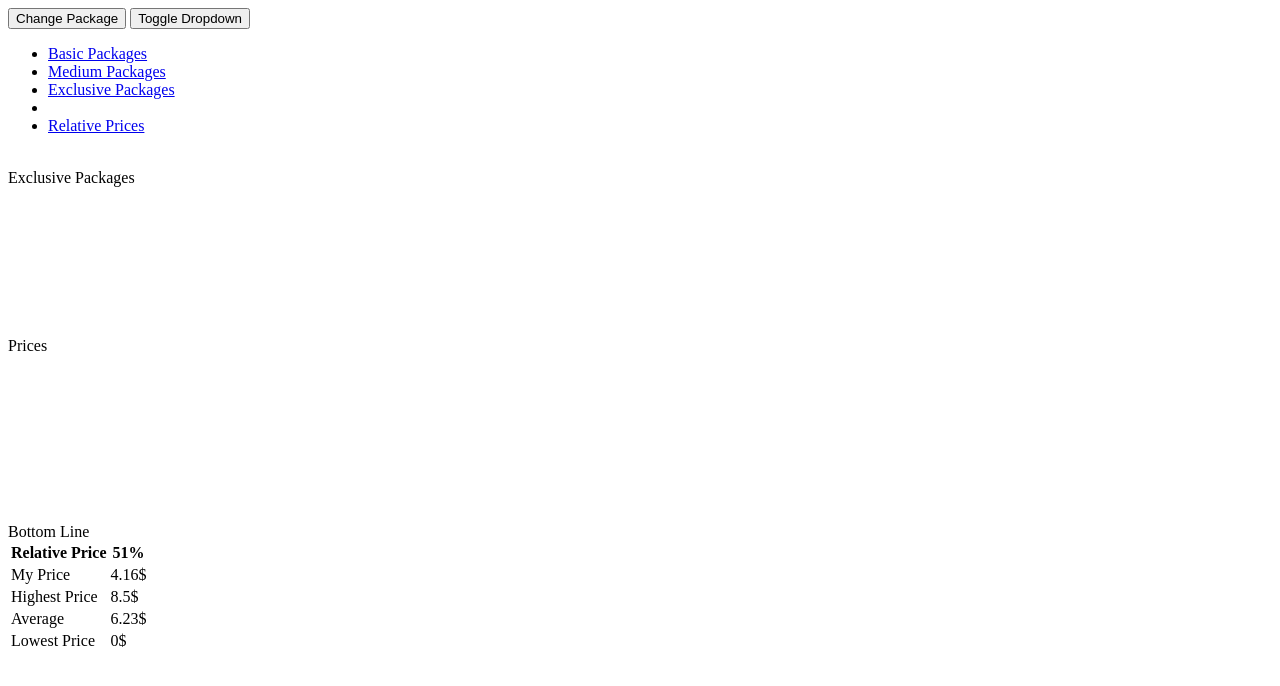
Repository: netaosman/Price-try-course
Page: prixceFrontEnd/src/main/webapp/Prixce_FrontEnd/HTML/Market/pricesPack/BasicPackages.html
An editor plug-in stored every save of this project. The page is shown before and after the next save, followed by the edit.
The browser window is 1280 px wide. The pictures show the whole page.

Above is the page before, as saved 2017-09-24 13:48:01.

After the next save:
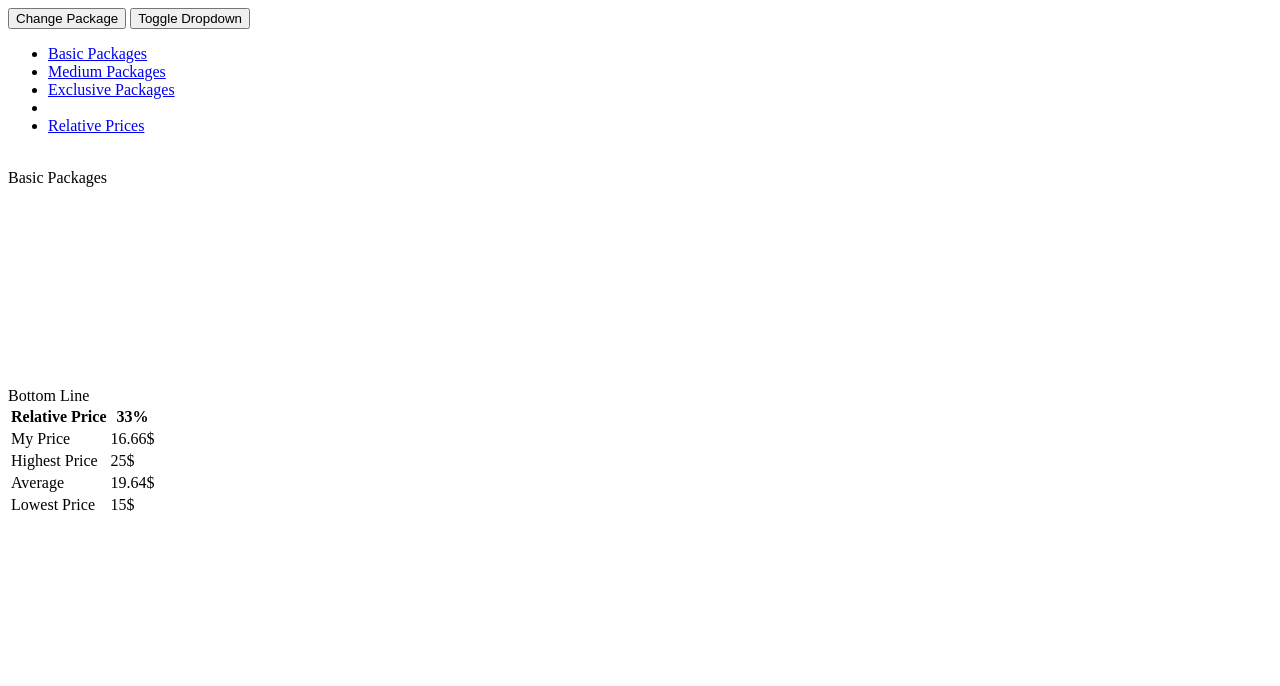
Saved 3 min 32 s later.
--- a/prixceFrontEnd/src/main/webapp/Prixce_FrontEnd/HTML/Market/pricesPack/BasicPackages.html
+++ b/prixceFrontEnd/src/main/webapp/Prixce_FrontEnd/HTML/Market/pricesPack/BasicPackages.html
@@ -21,25 +21,13 @@
 	</div>
 	<br>
 	<div class="row placeholders">
-		<div class="col-xs-12 col-md-8" ng-controller="PricesBasicCtrl">
+		<div class="col-xs-12 col-md-8" ng-controller="PricesHighCtrl">
 			<div class="panel panel-default-1">
-				<div class="panel-heading">Exclusive Packages</div>
+				<div class="panel-heading">Basic Packages</div>
 				<div class="panel-body">
 					<!-- <div class="panel-title">Prices</div> -->
 					<canvas id="base" class="chart-horizontal-bar" chart-data="data"
-						chart-labels="labels" chart-colors="colors">
-                                </canvas>
-				</div>
-			</div>
-		</div>
-		<div class="col-xs-12 col-md-4">
-			<div class="panel panel-default-1">
-				<div class="panel-heading">Prices</div>
-				<div class="panel-body">
-					<!-- <div class="panel-title">Prices</div> -->
-					<br>
-					<canvas id="base" class="chart-horizontal-bar" chart-data="data"
-						chart-labels="labels" chart-colors="colors">
+						chart-labels="labels" chart-colors="colors" height="200">
                                 </canvas>
 				</div>
 			</div>
@@ -52,7 +40,7 @@
 						<thead>
 							<tr>
 								<th class="relative">Relative Price</th>
-								<th class="relative-price">51%</th>
+								<th class="relative-price">33%</th>
 							</tr>
 						</thead>
 						<tbody>
@@ -60,28 +48,27 @@
 								<td class="title-prices"><span
 									class="glyphicon glyphicon-hand-right" aria-hidden="true"></span>
 									My Price</td>
-								<td class="prices">4.16$</td>
+								<td class="prices">16.66$</td>
 							</tr>
 							<tr>
 								<td class="title-prices"><span
 									class="glyphicon glyphicon-hand-up" aria-hidden="true"></span>
 									Highest Price</td>
-								<td class="prices">8.5$</td>
+								<td class="prices">25$</td>
 							</tr>
 							<tr>
 								<td class="title-prices"><span
 									class="glyphicon glyphicon-hand-left" aria-hidden="true"></span>
 									Average</td>
-								<td class="prices">6.23$</td>
+								<td class="prices">19.64$</td>
 							</tr>
 							<tr>
 								<td class="title-prices"><span
 									class="glyphicon glyphicon-thumbs-down" aria-hidden="true"></span>
 									Lowest Price</td>
-								<td class="prices">0$</td>
+								<td class="prices">15$</td>
 							</tr>
 						</tbody>
-
 					</table>
 				</div>
 			</div>
